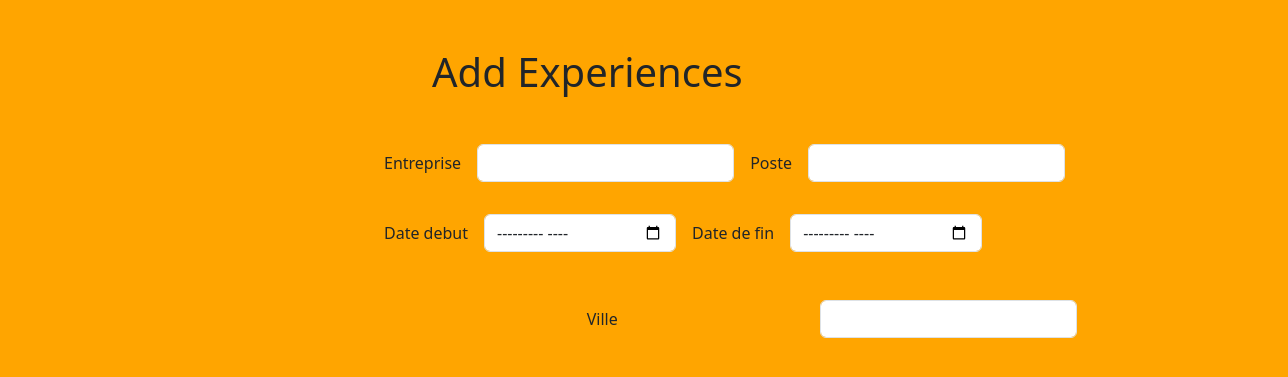
Repository: moAllElite/Examen-EJB-WEB-EAR
Page: http://localhost/SearchJobsWeb/views/exp_form_skills/addExp.jsp
These files come from the project's save history. The page is drawn as it stood at one moment and after the next save; the edit follows.
The browser window is 1280 px wide. The page is 1288 px wide, so the pictures cover 1288 px, including what lies to the right of the window. The pictures show the whole page.
The page is served by Tomcat 9. Nobody is signed in. The application's start-up code is not run. Other server files are loaded and not shown.

Above is the page before, as saved 2023-03-25 22:43:29.

### SearchJobsWeb/src/main/webapp/views/exp_form_skills/addExp.jsp
<%@ page language="java" contentType="text/html; charset=ISO-8859-1"
    pageEncoding="ISO-8859-1"%>
<!DOCTYPE html>
<html>
<head>
<meta charset="ISO-8859-1">
<title>Experience</title>
</head>
<body>
	<h1 class=" m-5">Add Experiences</h1>
	<form method="post" action="AddExperience">
		<jsp:include page="main.jsp"></jsp:include>
	</form>
</body>
</html>

### SearchJobsWeb/src/main/webapp/views/exp_form_skills/main.jsp
<%@ page language="java" contentType="text/html; charset=ISO-8859-1"
    pageEncoding="ISO-8859-1"%>
<!DOCTYPE html>
<html>
<head>
<meta charset="ISO-8859-1">
<title>Insert title here</title>
	 <link href="https://cdn.jsdelivr.net/npm/bootstrap@5.3.0-alpha1/dist/css/bootstrap.min.css" rel="stylesheet" integrity="sha384-GLhlTQ8iRABdZLl6O3oVMWSktQOp6b7In1Zl3/Jr59b6EGGoI1aFkw7cmDA6j6gD" crossorigin="anonymous">

	</head>
	<body  style="background-color: orange; margin-left: 30%;">
		<!-- Example Code -->
    	<div class=""d-flex justify-content-evenly mt-5">
	    <div class="row g-3 align-items-center sm-5">
		      <div class="col-auto">
		        <label for="inputPassword6" class="col-form-label">Entreprise</label>
		      </div>
			      <div class="col-auto">
			        <input type="text"  class="form-control" name="societe" name="" aria-describedby="addon-wrapping">
			      </div>
			      <div class="col-auto">
			      <label for="inputPassword6" class="col-form-label">Poste</label>
			    </div>
			    <div class="col-auto">
			      <input type="text"  class="form-control" name="poste" required="required" aria-describedby="addon-wrapping">
			    </div>
		  	</div>
		 </div>
		  	<!-- Example Code -->
	    <div class=""d-flex justify-content-evenly mt-5">
		    <div class="row g-3 align-items-center mt-3">
		      <div class="col-auto">
		        <label for="inputPassword6" class="col-form-label">Date debut</label>
		      </div>
		      <div class="col-auto">
		        <input type="month" name="datedb"  class="form-control" required="required"  aria-describedby="addon-wrapping">
		      </div>
		      <div class="col-auto">
		      <label for="inputPassword6" class="col-form-label">Date de fin</label>
		    </div>

		    <div class="col-auto">
		      <input type="month"  name="datefn" required="required" class="form-control"  aria-describedby="addon-wrapping">
		    </div>
		    <div class="d-flex justify-content-evenly mt-5">
		      <div class="col-auto">
		        <label for="inputPassword6" class="col-form-label">Ville</label>
		      </div>
		      <div class="col-auto">
		        <input type="text" name="ville"  class="form-control" required="required"  aria-describedby="addon-wrapping">
		      </div>
		      </div>
		  </div>

	  	<script src="https://cdn.jsdelivr.net/npm/@popperjs/core@2.11.6/dist/umd/popper.min.js" integrity="sha384-oBqDVmMz9ATKxIep9tiCxS/Z9fNfEXiDAYTujMAeBAsjFuCZSmKbSSUnQlmh/jp3" crossorigin="anonymous"></script>
		<script src="https://cdn.jsdelivr.net/npm/bootstrap@5.3.0-alpha1/dist/js/bootstrap.min.js" integrity="sha384-mQ93GR66B00ZXjt0YO5KlohRA5SY2XofN4zfuZxLkoj1gXtW8ANNCe9d5Y3eG5eD" crossorigin="anonymous"></script>

	</body>
</html>

After the next save:
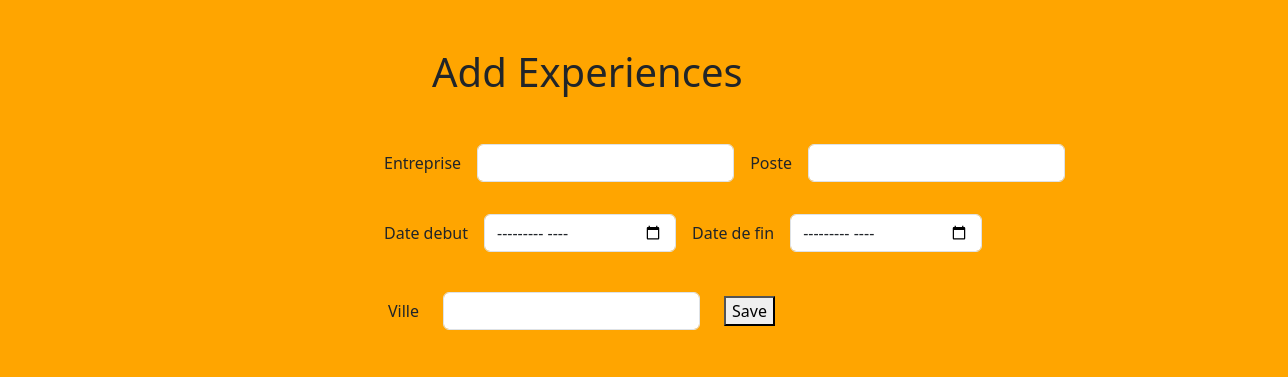
Saved 56 s later.
--- a/SearchJobsWeb/src/main/webapp/views/exp_form_skills/main.jsp
+++ b/SearchJobsWeb/src/main/webapp/views/exp_form_skills/main.jsp
@@ -42,13 +42,17 @@
 		    <div class="col-auto">
 		      <input type="month"  name="datefn" required="required" class="form-control"  aria-describedby="addon-wrapping">
 		    </div>
-		    <div class="d-flex justify-content-evenly mt-5">
+		    <div class="row g-4 align-items-center mt-3">
 		      <div class="col-auto">
 		        <label for="inputPassword6" class="col-form-label">Ville</label>
 		      </div>
 		      <div class="col-auto">
 		        <input type="text" name="ville"  class="form-control" required="required"  aria-describedby="addon-wrapping">
 		      </div>
+		       <div class="col-auto">
+		        <button type="submit">Save</button>
+
+		         </div>
 		      </div>
 		  </div>
 
